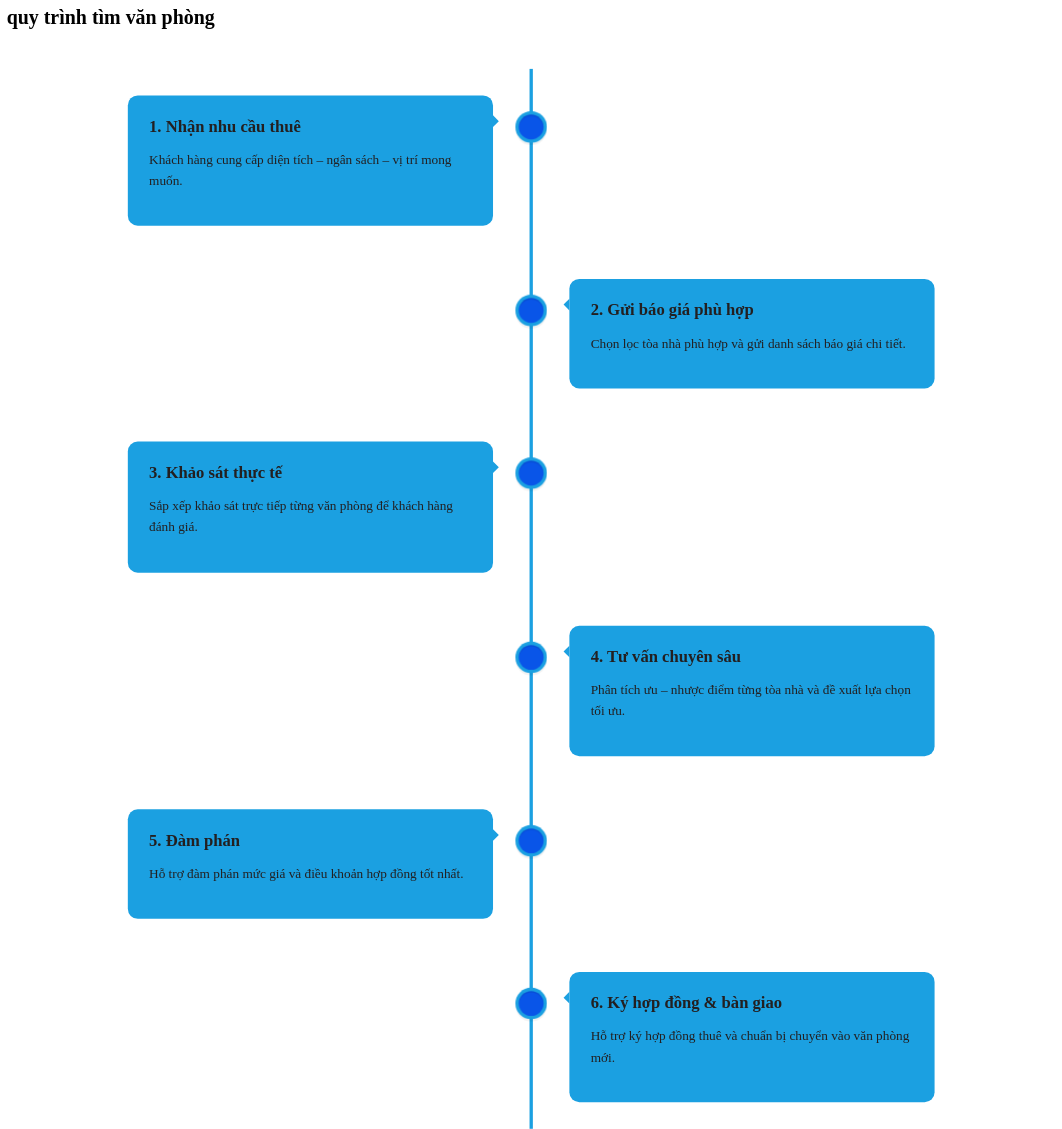
Repository: lannguyen1301/anphuholdings-main
Page: partials/home/quy-trinh-tim-van-phong-2.html
An editor plug-in stored every save of this project. The page is shown before and after the next save, followed by the edit.
The browser window is 1280 px wide. The pictures show the whole page, at 83% of full size.

Above is the page before, as saved 2026-01-03 09:39:16.

### partials/home/quy-trinh-tim-van-phong-2.html
<!-- style -->
<!-- quy trình tìm văn phòng 2 -->
<style>
    html,
    body {
        /* background-color: #1BA0E1; */
        height: 100%;
        font-family: 'UTM Times', serif;
        box-sizing: border-box;
    }

    .cd-container {
        width: 90%;
        max-width: 1080px;
        margin: 0 auto;
        /* background: #2B343A; */
        padding: 0 10%;
        border-radius: 2px;
    }

    .cd-container::after {
        content: '';
        display: table;
        clear: both;
    }

    /* --------------------------------

Main components

-------------------------------- */


    #cd-timeline {
        position: relative;
        padding: 2em 0;
        margin-top: 2em;
        margin-bottom: 2em;
    }

    #cd-timeline::before {
        content: '';
        position: absolute;
        top: 0;
        left: 25px;
        height: 100%;
        width: 4px;
        background: #1BA0E1;
    }

    @media only screen and (min-width: 1170px) {
        #cd-timeline {
            margin-top: 3em;
            margin-bottom: 3em;
        }

        #cd-timeline::before {
            left: 50%;
            margin-left: -2px;
        }
    }

    .cd-timeline-block {
        position: relative;
        margin: 2em 0;
    }

    .cd-timeline-block:after {
        content: "";
        display: table;
        clear: both;
    }

    .cd-timeline-block:first-child {
        margin-top: 0;
    }

    .cd-timeline-block:last-child {
        margin-bottom: 0;
    }

    @media only screen and (min-width: 1170px) {
        .cd-timeline-block {
            margin: 4em 0;
        }

        .cd-timeline-block:first-child {
            margin-top: 0;
        }

        .cd-timeline-block:last-child {
            margin-bottom: 0;
        }
    }

    .cd-timeline-img {
        position: absolute;
        top: 8px;
        left: 12px;
        width: 30px;
        height: 30px;
        border-radius: 50%;
        box-shadow: 0 0 0 4px #1BA0E1, inset 0 2px 0 rgba(0, 0, 0, 0.08), 0 3px 0 4px rgba(0, 0, 0, 0.05);
    }

    .cd-timeline-img {
        background: #0955e8;
    }

    @media only screen and (min-width: 1170px) {
        .cd-timeline-img {
            width: 30px;
            height: 30px;
            left: 50%;
            margin-left: -15px;
            margin-top: 15px;
            /* Force Hardware Acceleration in WebKit */
            -webkit-transform: translateZ(0);
            -webkit-backface-visibility: hidden;
        }
    }

    .cd-timeline-content {
        position: relative;
        margin-left: 60px;
        margin-right: 30px;
        background: #1BA0E1;
        border-radius: 12px;
        padding: 1em;

        .timeline-content-info {
            background: #2B343A;
            padding: 5px 10px;
            color: rgba(255, 255, 255, 0.7);
            font-size: 12px;
            box-shadow: inset 0 2px 0 rgba(0, 0, 0, 0.08);
            border-radius: 2px;

            i {
                margin-right: 5px;
            }

            .timeline-content-info-title,
            .timeline-content-info-date {
                width: calc(50% - 2px);
                display: inline-block;
            }

            @media (max-width: 500px) {

                .timeline-content-info-title,
                .timeline-content-info-date {
                    display: block;
                    width: 100%;
                }
            }
        }

        .content-skills {
            font-size: 12px;
            padding: 0;
            margin-bottom: 0;
            display: flex;
            flex-wrap: wrap;
            justify-content: center;

            li {
                background: #40484D;
                border-radius: 2px;
                display: inline-block;
                padding: 2px 10px;
                color: rgba(255, 255, 255, 0.7);
                margin: 3px 2px;
                text-align: center;
                flex-grow: 1;
            }
        }
    }

    .cd-timeline-content:after {
        content: "";
        display: table;
        clear: both;
    }

    .cd-timeline-content h3.procedure {
        /* color: rgba(255, 255, 255, .9); */
        color: #231F20;
        margin-top: 0;
        margin-bottom: 5px;
    }

    .cd-timeline-content p,
    .cd-timeline-content .cd-date {
        /* color: rgba(255, 255, 255, .7); */
        color: #231F20;
        font-size: 13px;
        font-size: 0.8125rem;
    }

    .cd-timeline-content .cd-date {
        display: inline-block;
    }

    .cd-timeline-content p {
        margin: 1em 0;
        line-height: 1.6;
    }

    .cd-timeline-content::before {
        content: '';
        position: absolute;
        top: 16px;
        right: 100%;
        height: 0;
        width: 0;
        border: 7px solid transparent;
        border-right: 7px solid #333C42;
    }

    @media only screen and (min-width: 768px) {
        .cd-timeline-content h3 {
            font-size: 20px;
            font-size: 1.25rem;
        }

        .cd-timeline-content p {
            font-size: 16px;
            font-size: 1rem;
        }

        .cd-timeline-content .cd-read-more,
        .cd-timeline-content .cd-date {
            font-size: 14px;
            font-size: 0.875rem;
        }
    }

    @media only screen and (min-width: 1170px) {
        .cd-timeline-content {
            color: white;
            margin-left: 0;
            padding: 1.6em;
            width: 36%;
            margin: 0 5%
        }

        .cd-timeline-content::before {
            top: 24px;
            left: 100%;
            border-color: transparent;
            border-left-color: #1BA0E1;
        }

        .cd-timeline-content .cd-date {
            position: absolute;
            width: 100%;
            left: 122%;
            top: 6px;
            font-size: 16px;
            font-size: 1rem;
        }

        .cd-timeline-block:nth-child(even) .cd-timeline-content {
            float: right;
        }

        .cd-timeline-block:nth-child(even) .cd-timeline-content::before {
            top: 24px;
            left: auto;
            right: 100%;
            border-color: transparent;
            border-right-color: #1BA0E1;
        }

        .cd-timeline-block:nth-child(even) .cd-timeline-content .cd-read-more {
            float: right;
        }

        .cd-timeline-block:nth-child(even) .cd-timeline-content .cd-date {
            left: auto;
            right: 122%;
            text-align: right;
        }
    }
</style>
<!-- style -->


<h2 data-aos="fade-up" data-aos-delay="300"
    class="mb-12 heading-2 uppercase text-3xl font-bold leading-tight md:text-4xl ">quy trình tìm văn phòng
</h2>

<div id="cd-timeline" class="cd-container">
    <div data-aos="fade-up" data-aos-delay="300" class="cd-timeline-block">
        <div class="cd-timeline-img cd-movie">
        </div> <!-- cd-timeline-img -->

        <div class="cd-timeline-content">
            <h3 class="procedure">1. Nhận nhu cầu thuê</h3>
            <p>Khách hàng cung cấp diện tích – ngân sách – vị trí mong muốn.</p>
            <!-- <span class="cd-date">Jan 18</span> -->
        </div> <!-- cd-timeline-content -->
    </div> <!-- cd-timeline-block -->

    <div data-aos="fade-up" data-aos-delay="300" class="cd-timeline-block">
        <div class="cd-timeline-img cd-picture">
        </div> <!-- cd-timeline-img -->

        <div class="cd-timeline-content">
            <h3 class="procedure">2. Gửi báo giá phù hợp</h3>
            <p>Chọn lọc tòa nhà phù hợp và gửi danh sách báo giá chi tiết.</p>
            <!-- <span class="cd-date">Jan 24</span> -->
        </div> <!-- cd-timeline-content -->
    </div> <!-- cd-timeline-block -->

    <div data-aos="fade-up" data-aos-delay="300" class="cd-timeline-block">
        <div class="cd-timeline-img cd-location">
        </div> <!-- cd-timeline-img -->

        <div class="cd-timeline-content">
            <h3 class="procedure">3. Khảo sát thực tế</h3>
            <p>Sắp xếp khảo sát trực tiếp từng văn phòng để khách hàng đánh giá.</p>
            <!-- <span class="cd-date">Feb 14</span> -->
        </div> <!-- cd-timeline-content -->
    </div> <!-- cd-timeline-block -->

    <div data-aos="fade-up" data-aos-delay="300" class="cd-timeline-block">
        <div class="cd-timeline-img cd-location">
        </div>

        <div class="cd-timeline-content">
            <h3 class="procedure">4. Tư vấn chuyên sâu</h3>
            <p>Phân tích ưu – nhược điểm từng tòa nhà và đề xuất lựa chọn tối ưu.</p>
            <!-- <span class="cd-date">Feb 18</span> -->
        </div> <!-- cd-timeline-content -->
    </div> <!-- cd-timeline-block -->

    <div data-aos="fade-up" data-aos-delay="300" class="cd-timeline-block">
        <div class="cd-timeline-img cd-movie">
        </div> <!-- cd-timeline-img -->

        <div class="cd-timeline-content">
            <h3 class="procedure">5. Đàm phán</h3>
            <p>Hỗ trợ đàm phán mức giá và điều khoản hợp đồng tốt nhất.</p>
            <!-- <span class="cd-date">Feb 26</span> -->
        </div> <!-- cd-timeline-content -->
    </div> <!-- cd-timeline-block -->

    <div data-aos="fade-up" data-aos-delay="300" class="cd-timeline-block">
        <div class="cd-timeline-img cd-movie">
        </div> <!-- cd-timeline-img -->

        <div class="cd-timeline-content">
            <h3 class="procedure">6. Ký hợp đồng & bàn giao</h3>
            <p>Hỗ trợ ký hợp đồng thuê và chuẩn bị chuyển vào văn phòng mới.</p>
            <!-- <span class="cd-date">Feb 26</span> -->
        </div> <!-- cd-timeline-content -->
    </div> <!-- cd-timeline-block -->
</div> <!-- cd-timeline -->

After the next save:
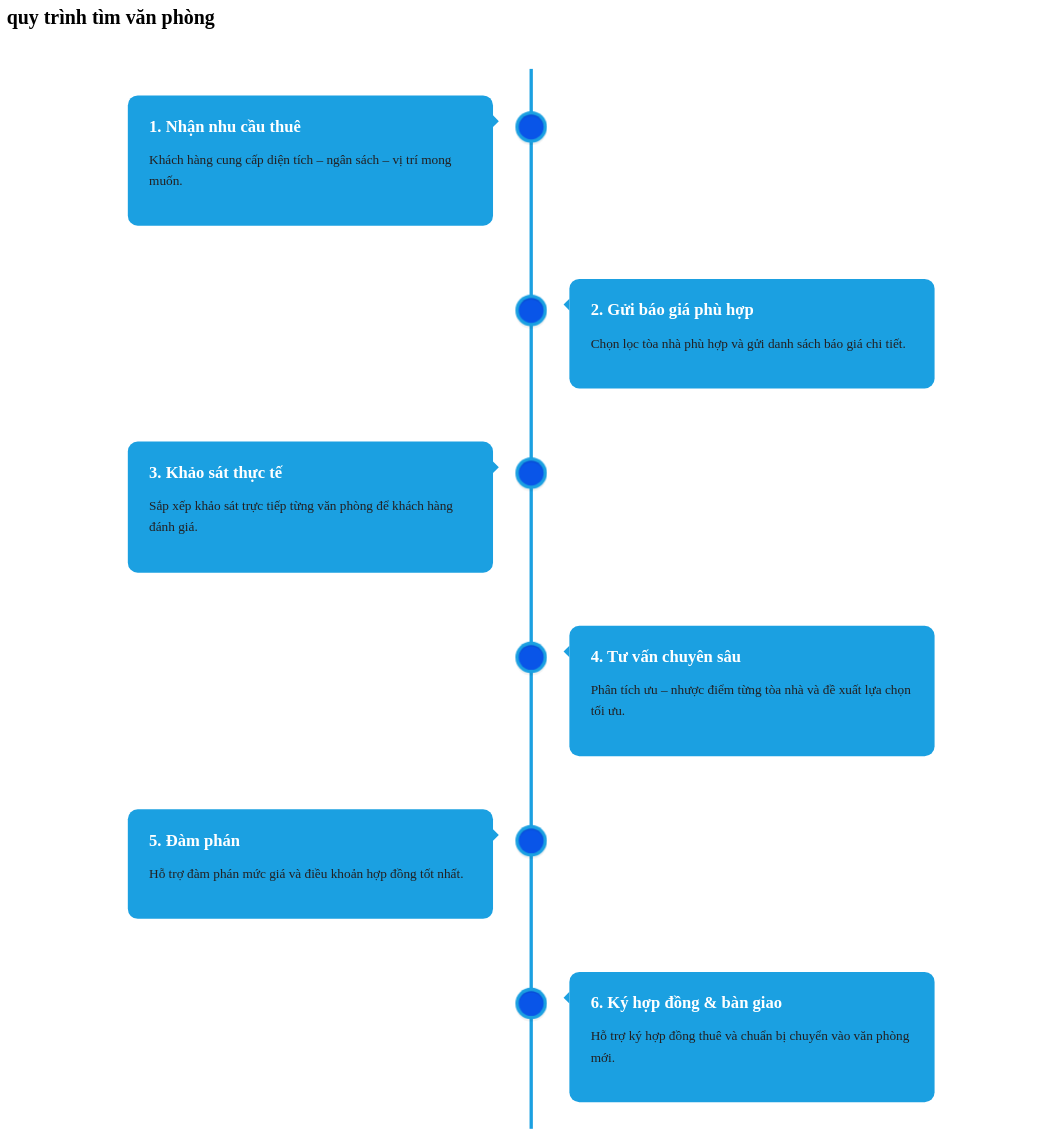
Saved 5 s later.
--- a/partials/home/quy-trinh-tim-van-phong-2.html
+++ b/partials/home/quy-trinh-tim-van-phong-2.html
@@ -185,7 +185,7 @@
 
     .cd-timeline-content h3.procedure {
         /* color: rgba(255, 255, 255, .9); */
-        color: #231F20;
+        color: #231F20 m !important;
         margin-top: 0;
         margin-bottom: 5px;
     }

After the save that followed:
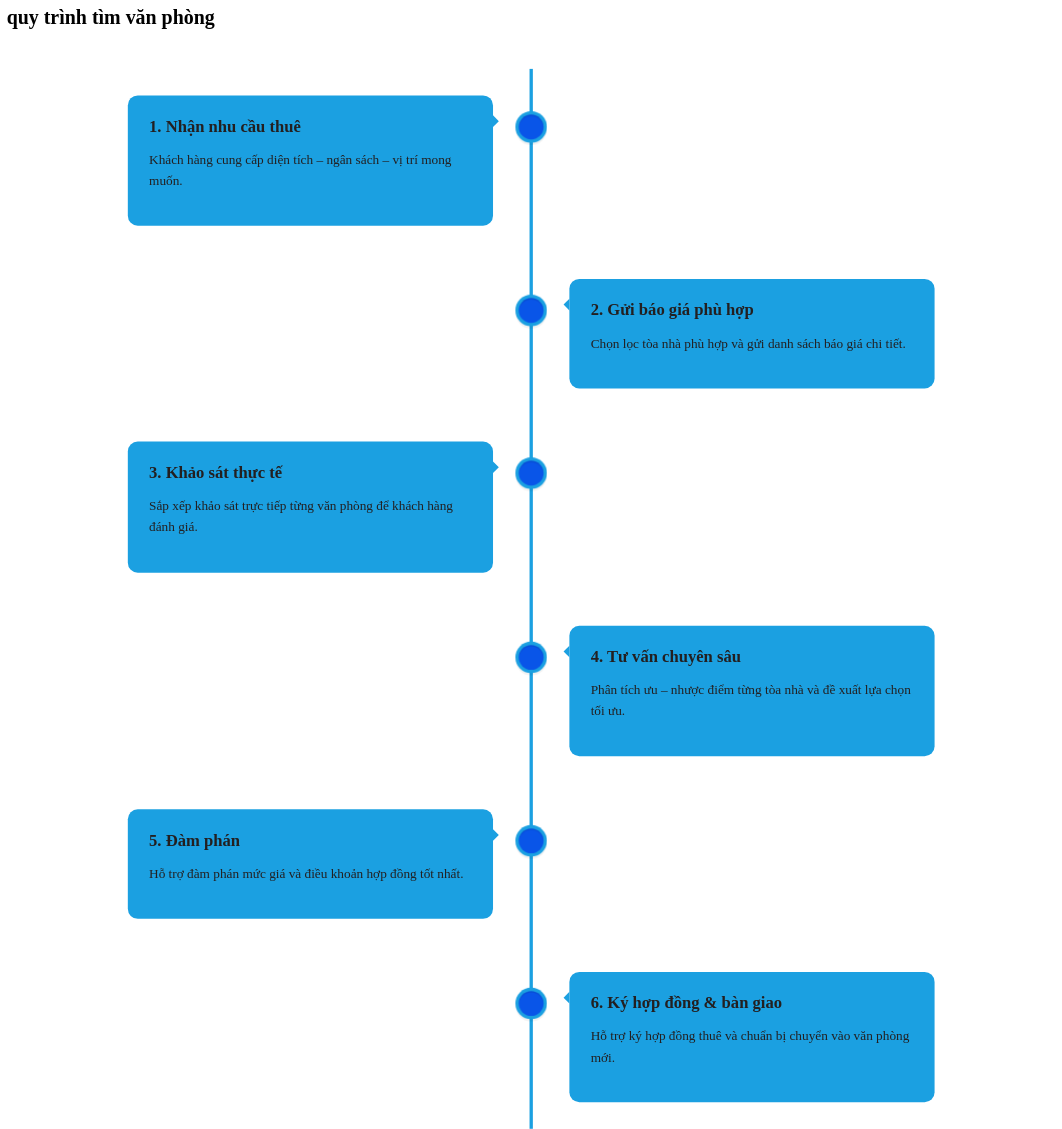
Saved 27 s later.
--- a/partials/home/quy-trinh-tim-van-phong-2.html
+++ b/partials/home/quy-trinh-tim-van-phong-2.html
@@ -185,7 +185,7 @@
 
     .cd-timeline-content h3.procedure {
         /* color: rgba(255, 255, 255, .9); */
-        color: #231F20 m !important;
+        color: #231F20 !important;
         margin-top: 0;
         margin-bottom: 5px;
     }
